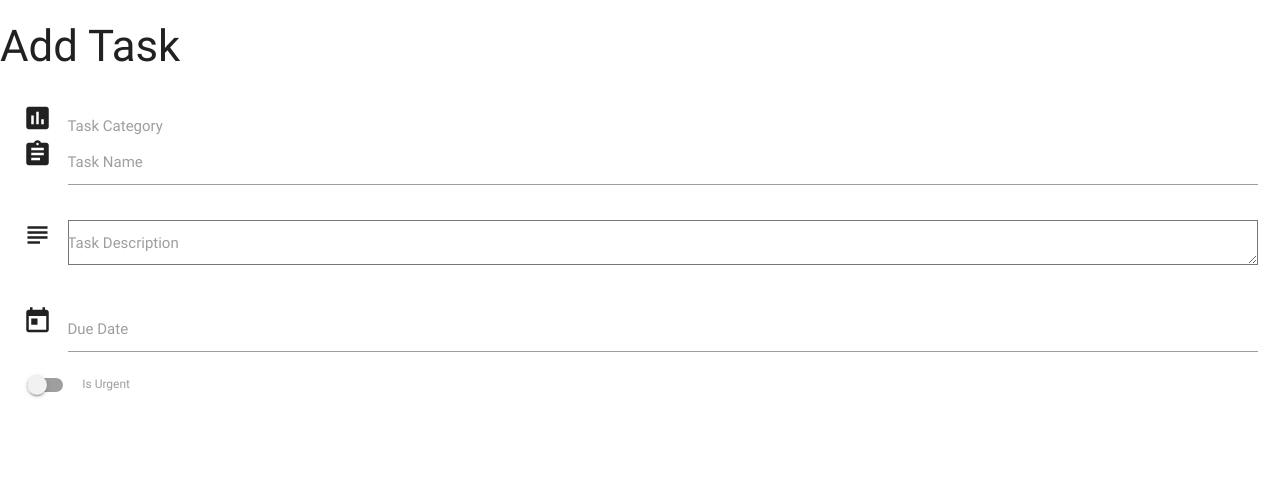
Repository: LiamB123/TaskManager
Page: templates/addtask.html
The author's editor kept a record of every edit. The page is drawn from the files as they stood at one moment, then again after the next edit.
The browser window is 1280 px wide. The pictures show the whole page.
Some web libraries are served in a nearby version. The page is served by the project's application, run on Flask 3 (app.py). The template is opened directly, without the code that normally fills it, so the values that code supplies are empty.

Above is the page before.
Console error: SyntaxError: Unexpected end of input

### templates/addtask.html
{% extends 'base.html' %} {% block content %}

<h3>Add Task</h3>

<div class="row">
    <form action="" method="POST" class="col s12">
        <div class="row">

            <div class="input-field col s12">
                <i class = "material-icons prefix">poll</i>
                <select id = "category" namee="category_name">
      <option value="" disabled selected>Choose Category</option>
      {% for cat in categories %}
      <option value="{{cat.category_name}}">{{cat.category_name}}</option>
      {% endfor %}
    </select>
                <label>Task Category </label>
            </div>
        </div>
        <div class="row">
            <div class="input-field col s12">
                <i class="material-icons prefix">assignment</i>
                <input id="task_name" name="task_name" type="text" class="validate">
                <label for="icon_prefix">Task Name</label>
            </div>
            <div class="input-field col s12">
                <i class="material-icons prefix">subject</i>
                <textarea name="task_description" id="task_description" class="materalize-textarea" /></textarea>
                <label for="icon_telephone">Task Description</label>
            </div>
        </div>
        <div class="input-field col s12 " id="matfix">
            <i class="material-icons prefix">today</i>
            <input id="due_date" name="due_date" type="text" class="datepicker">
            <label for="icon_prefix">Due Date</label>
        </div>


        <div class="row">
            <div class="switch">
                <label>

      <input id = "is_urgent" name= "is_urgent" type="checkbox">
      <span class="lever"></span>
      Is Urgent
    </label>
            </div>

        </div>
    </form>
</div>

{% endblock %}

### templates/base.html
<!DOCTYPE html>
<html>

<head>
    <link href="https://fonts.googleapis.com/icon?family=Material+Icons" rel="stylesheet">
    <link rel="stylesheet" href="https://cdnjs.cloudflare.com/ajax/libs/materialize/0.100.2/css/materialize.min.css">
</head>

<body>
    {% block content %} {% endblock %}

    <script src="https://cdnjs.cloudflare.com/ajax/libs/jquery/3.2.1/jquery.min.js"></script>
    <script src="https://cdnjs.cloudflare.com/ajax/libs/materialize/0.100.2/js/materialize.min.js"></script>
    <script type="text/javascript">
        $(document).ready(function() {
            $('.collapsible').collapsible();
        });


  $(document).ready(function(){
    $('select').formSelect();


        document.getElementById("matfix").addEventListener("click", function(e) {
            e.stopPropagation();
        });
    </script>
</body>

</html>

### app.py
import os
from flask import Flask

app = Flask(__name__)

@app.route('/')
def hello():
    return 'Hello World ... again'


if __name__ == '__main__':
    app.run(host=os.environ.get('IP'),
    port=int(os.environ.get('PORT')),
    debug=True)

After the next edit:
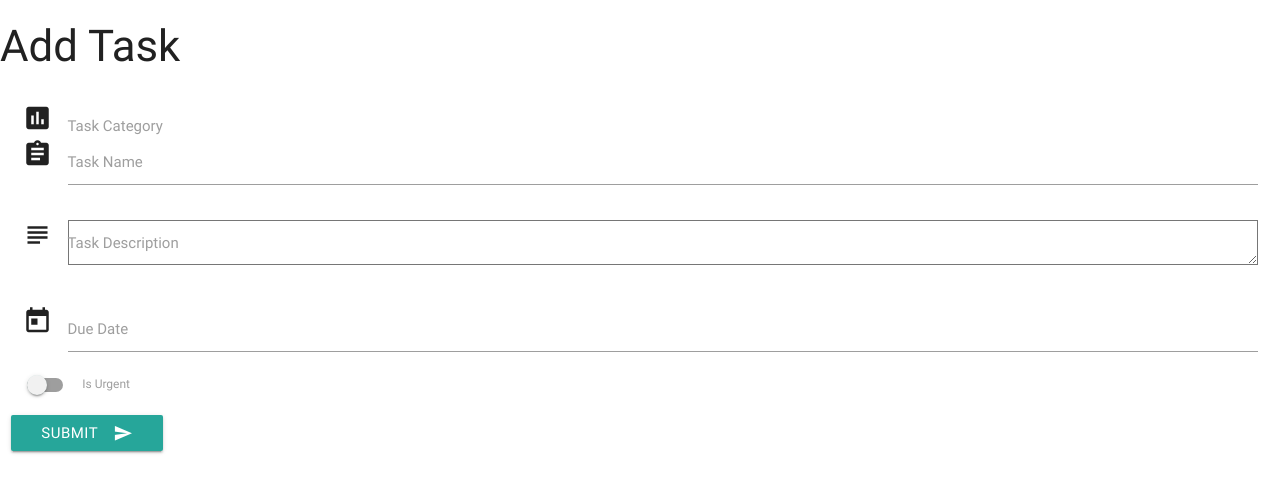
The edit:
--- a/templates/addtask.html
+++ b/templates/addtask.html
@@ -7,8 +7,8 @@
         <div class="row">
 
             <div class="input-field col s12">
-                <i class = "material-icons prefix">poll</i>
-                <select id = "category" namee="category_name">
+                <i class="material-icons prefix">poll</i>
+                <select id="category" namee="category_name">
       <option value="" disabled selected>Choose Category</option>
       {% for cat in categories %}
       <option value="{{cat.category_name}}">{{cat.category_name}}</option>
@@ -47,6 +47,10 @@
             </div>
 
         </div>
+
+        <button class="btn waves-effect waves-light" type="submit" name="action">Submit
+    <i class="material-icons right">send</i>
+  </button>
     </form>
 </div>
 
